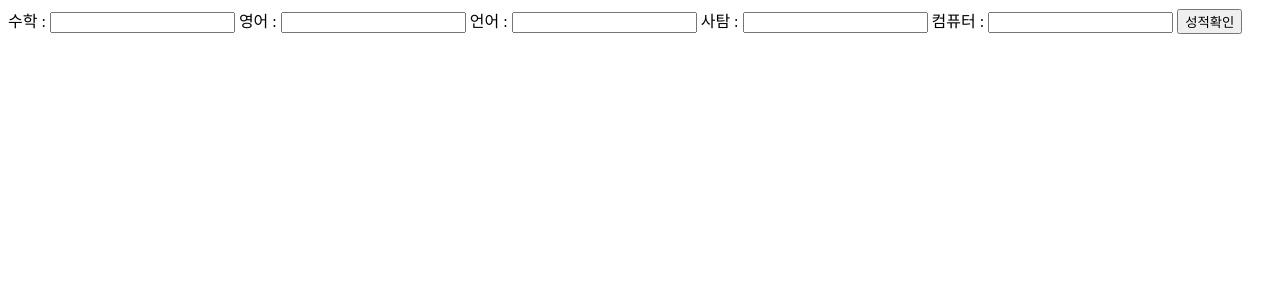
Repository: jungreul97/JavaSpring
Page: http://localhost/SpringBasic/score
These files come from the project's save history. The page is drawn as it stood at one moment and after the next save; the edit follows.
The browser window is 1280 px wide. The pictures show the whole page.
The page is served by Tomcat 9. Other server files are loaded and not shown.

Above is the page before, as saved 2022-03-30 17:42:49.

### SpringBasic/src/main/webapp/WEB-INF/views/scoreForm.jsp
<%@ page language="java" contentType="text/html; charset=EUC-KR"
    pageEncoding="EUC-KR"%>
<!DOCTYPE html>
<html>
<head>
<meta charset="EUC-KR">
<title>Insert title here</title>
</head>
<body>
	<form action="/score" method = "post">
		수학 : <input type = "number" name = "math">
		영어 : <input type = "number" name = "english">
		언어 : <input type = "number" name = "korean">
		사탐 : <input type = "number" name = "satam">
		컴퓨터 : <input type = "number" name = "computer">
		<input type = "submit" value = "성적확인">
	</form>
</body>
</html>

After the next save:
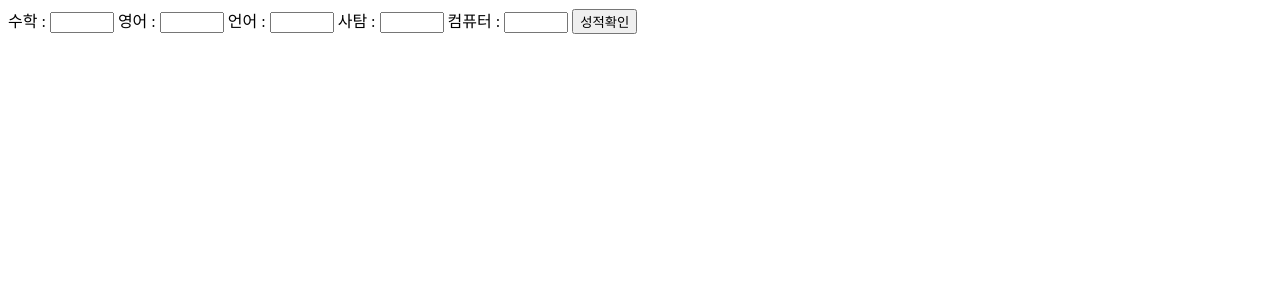
Saved 6 h 42 min later.
--- a/SpringBasic/src/main/webapp/WEB-INF/views/scoreForm.jsp
+++ b/SpringBasic/src/main/webapp/WEB-INF/views/scoreForm.jsp
@@ -8,11 +8,11 @@
 </head>
 <body>
 	<form action="/score" method = "post">
-		수학 : <input type = "number" name = "math">
-		영어 : <input type = "number" name = "english">
-		언어 : <input type = "number" name = "korean">
-		사탐 : <input type = "number" name = "satam">
-		컴퓨터 : <input type = "number" name = "computer">
+		수학 : <input type = "number" max = "100" min = "0" name = "math">
+		영어 : <input type = "number" max = "100" min = "0" name = "english">
+		언어 : <input type = "number" max = "100" min = "0" name = "korean">
+		사탐 : <input type = "number" max = "100" min = "0" name = "satam">
+		컴퓨터 : <input type = "number" max = "100" min = "0" name = "computer">
 		<input type = "submit" value = "성적확인">
 	</form>
 </body>
